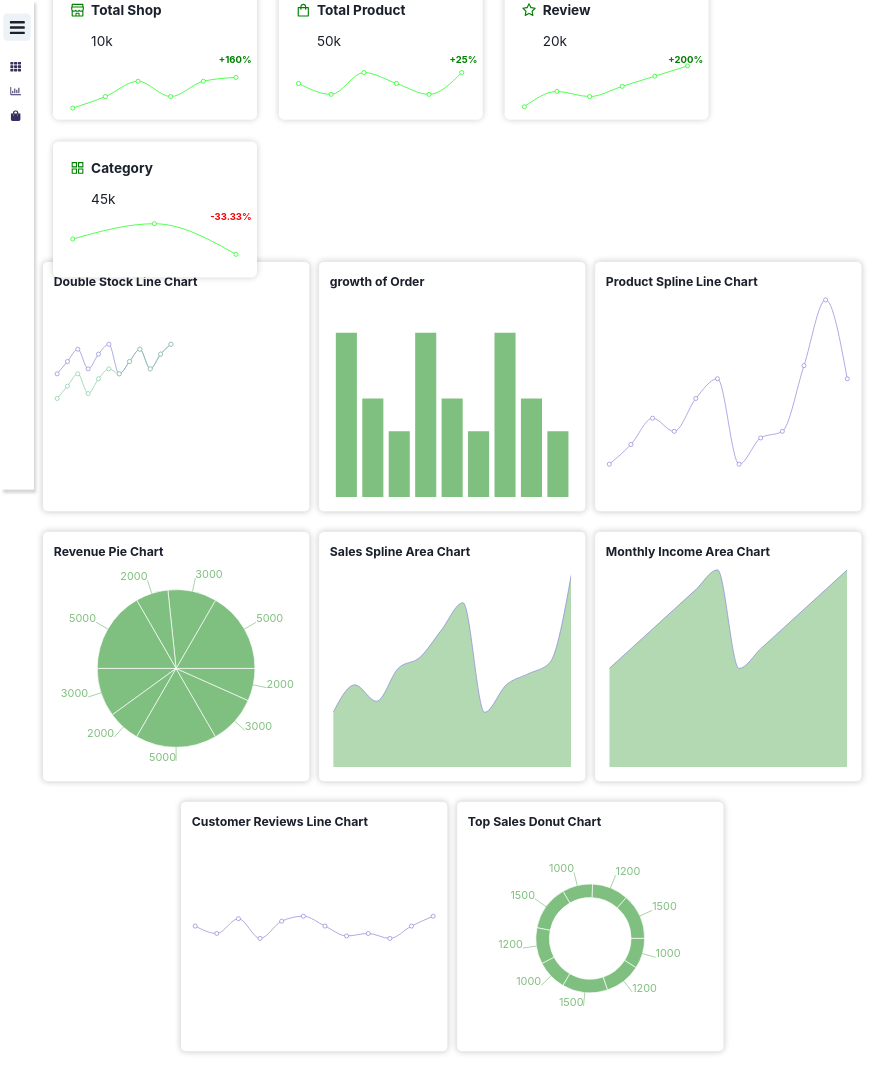
Repository: Andarg01/chakra-dashboard
Page: /analytics
These files come from the project's save history. The page is drawn as it stood at one moment and after the next save; the edit follows.
The browser window is 1280 px wide. The pictures show the whole page, at 68% of full size.
The project was rebuilt for these pictures with package versions that can differ from the ones it lists, and the page was loaded fresh each time. Also part of the build but not shown: src/components/ProductModal.tsx, src/components/ProductTable.tsx, src/pages/ProductList.tsx, src/components/Dashboard.tsx.

Above is the page before, as saved 2024-03-13 02:38:18.

After the next save:
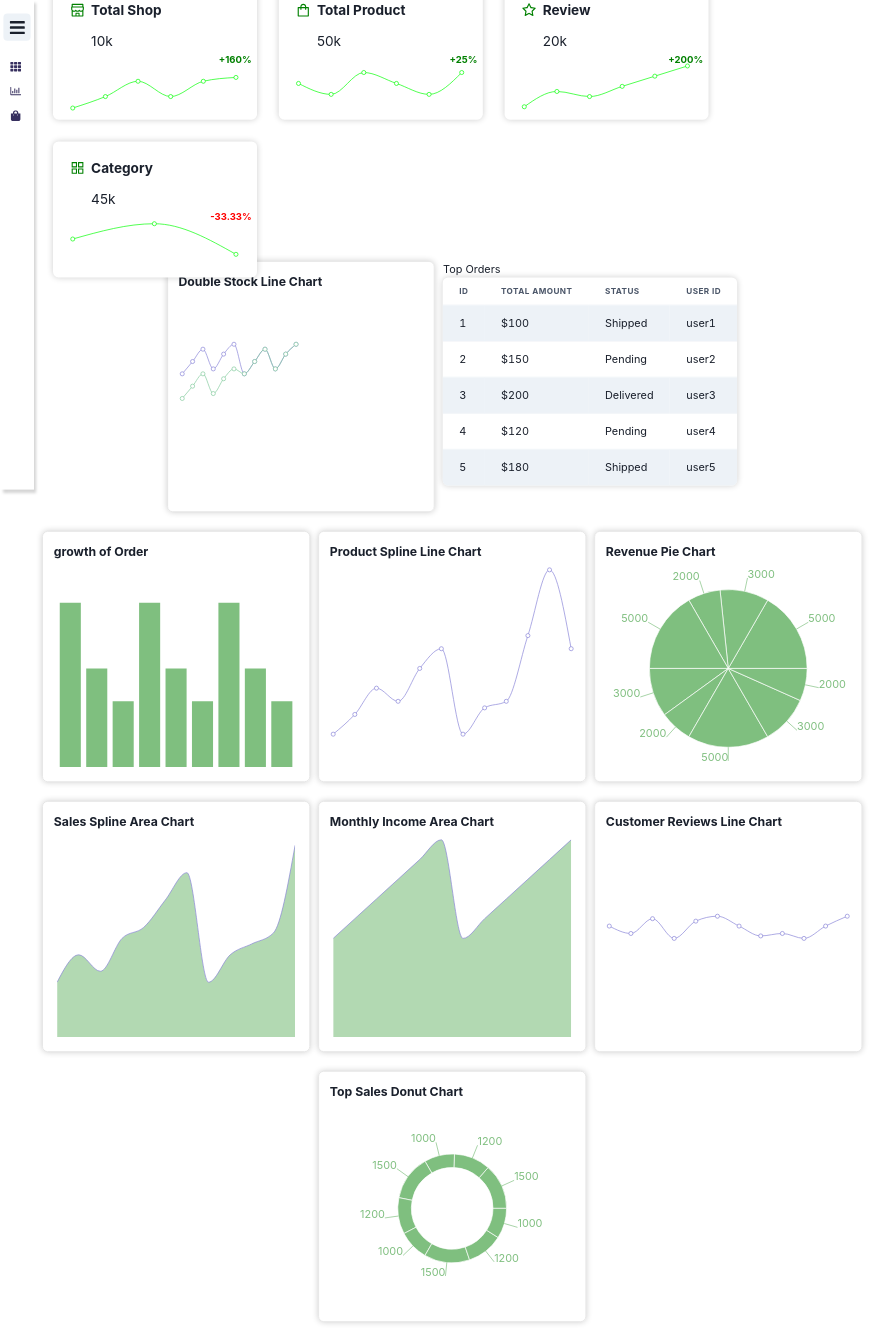
Saved 87 s later.
--- a/src/pages/Analytics.tsx
+++ b/src/pages/Analytics.tsx
@@ -1,5 +1,3 @@
-
-
 
 import React, { useState } from 'react';
 import {
@@ -11,6 +9,7 @@
   extendTheme,
 } from '@chakra-ui/react';
 import FullAnalyticsPage from '../components/AnalyticalCard';
+import Statics from '../components/Statics';
 import {
   LineChart,
   Line,
@@ -382,6 +381,7 @@
       <Flex direction="row" flexWrap="wrap" p={3} justify="center" gap={3}>
       <FullAnalyticsPage/>
         <DoubleStockLineChart />
+        <Statics/>
         <OrderBarChart />
         <ProductSplineLineChart />
         <RevenuePieChart />

After the save that followed:
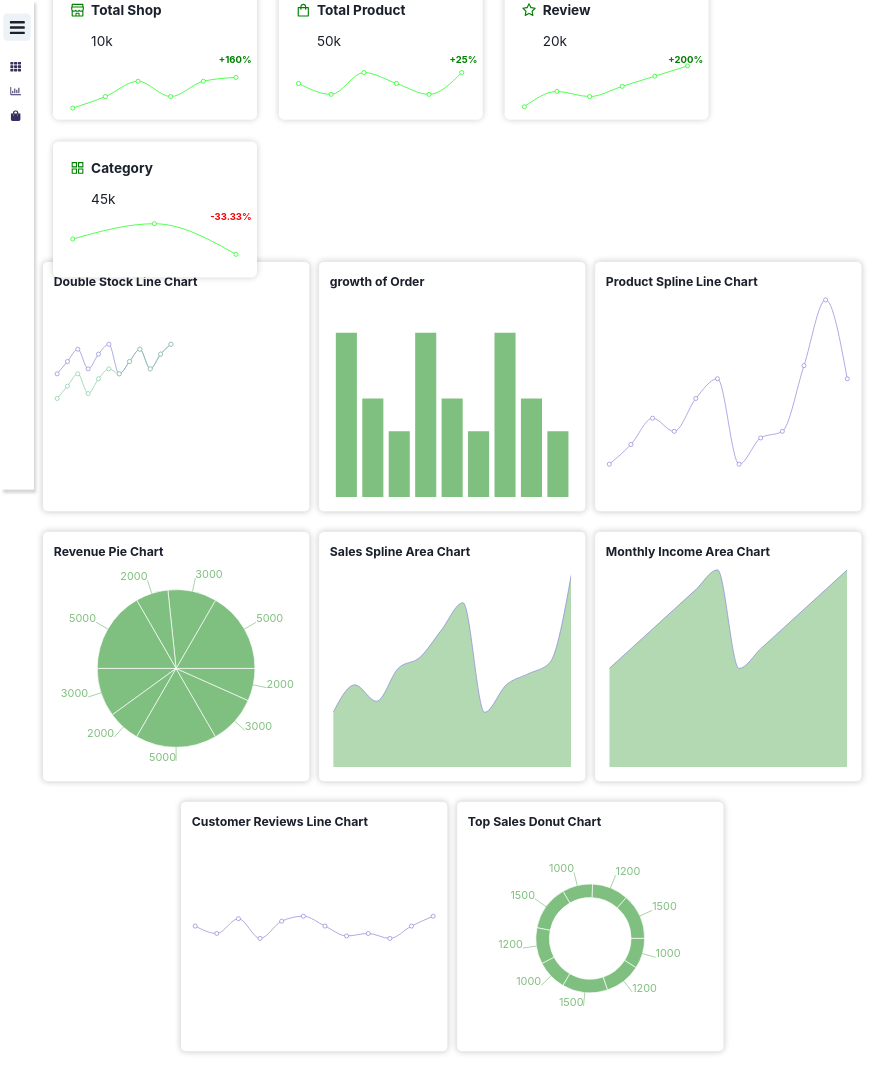
Saved 7 min 9 s later.
--- a/src/pages/Analytics.tsx
+++ b/src/pages/Analytics.tsx
@@ -9,7 +9,7 @@
   extendTheme,
 } from '@chakra-ui/react';
 import FullAnalyticsPage from '../components/AnalyticalCard';
-import Statics from '../components/Statics';
+// import Statics from '../components/Statics';
 import {
   LineChart,
   Line,
@@ -381,7 +381,7 @@
       <Flex direction="row" flexWrap="wrap" p={3} justify="center" gap={3}>
       <FullAnalyticsPage/>
         <DoubleStockLineChart />
-        <Statics/>
+        {/* <Statics/> */}
         <OrderBarChart />
         <ProductSplineLineChart />
         <RevenuePieChart />
